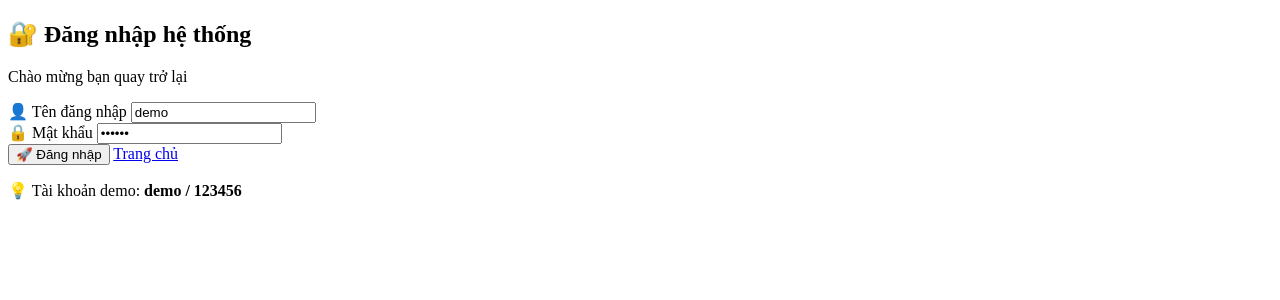
Repository: minhtvpy00202-git/KyThuatPhanMem_PY00202_MinhTV
Page: http://localhost/MiniExpense/login
The author's editor kept a copy of each file at every save. The page is drawn from the files as they stood at one save, then again after the next save.
The browser window is 1280 px wide. The pictures show the whole page.
The page is served by Tomcat 10.

Above is the page before, as saved 2025-10-17 19:45:29.

After the next save:
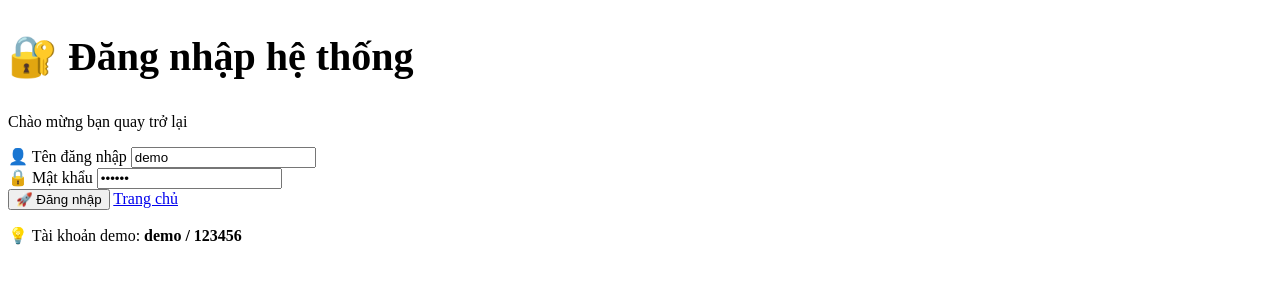
Saved 81 s later.
--- a/Source code/MiniExpense/src/main/webapp/WEB-INF/views/login.jsp
+++ b/Source code/MiniExpense/src/main/webapp/WEB-INF/views/login.jsp
@@ -12,7 +12,7 @@
 <body>
 
   <div class="login-card">
-    <h2>🔐 Đăng nhập hệ thống</h2>
+    <h2 style="font-size: 40px;">🔐 Đăng nhập hệ thống</h2>
     <p class="muted">Chào mừng bạn quay trở lại</p>
 
     <!-- Thông báo lỗi -->

After the save that followed:
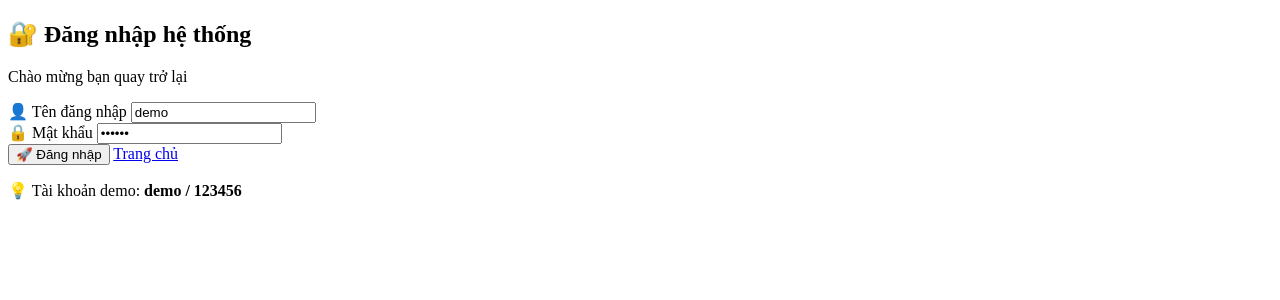
Saved 8 s later.
--- a/Source code/MiniExpense/src/main/webapp/WEB-INF/views/login.jsp
+++ b/Source code/MiniExpense/src/main/webapp/WEB-INF/views/login.jsp
@@ -12,7 +12,7 @@
 <body>
 
   <div class="login-card">
-    <h2 style="font-size: 40px;">🔐 Đăng nhập hệ thống</h2>
+    <h2>🔐 Đăng nhập hệ thống</h2>
     <p class="muted">Chào mừng bạn quay trở lại</p>
 
     <!-- Thông báo lỗi -->
